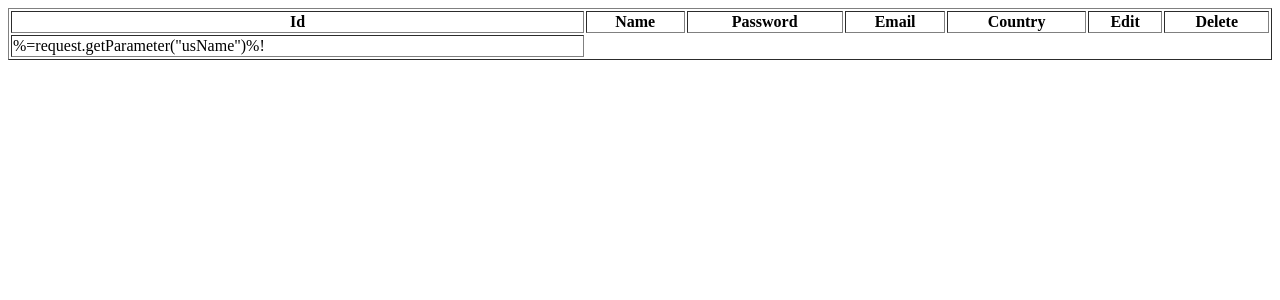
Repository: Kamleshmaury/CoreJava
Page: http://localhost/Crud_App/view.jsp
These files come from the project's save history. The page is drawn as it stood at one moment and after the next save; the edit follows.
The browser window is 1280 px wide. The pictures show the whole page.
The page is served by Tomcat 10.

Above is the page before, as saved 2022-10-18 06:35:11.

After the next save:
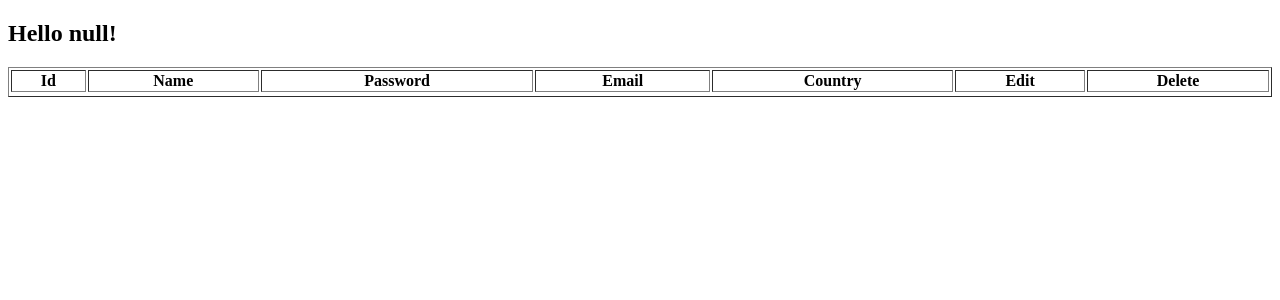
Saved 3 s later.
--- a/Crud_App/src/main/webapp/view.jsp
+++ b/Crud_App/src/main/webapp/view.jsp
@@ -17,7 +17,10 @@
 				<th>Delete</th></tr>
 
 				<tr>
-					<td> %=request.getParameter("usName")%! </td>
+					<h2>
+            Hello
+            <%=request.getParameter("usName")%>!
+        </h2>
 		</table>
 	</form>
 </body>
